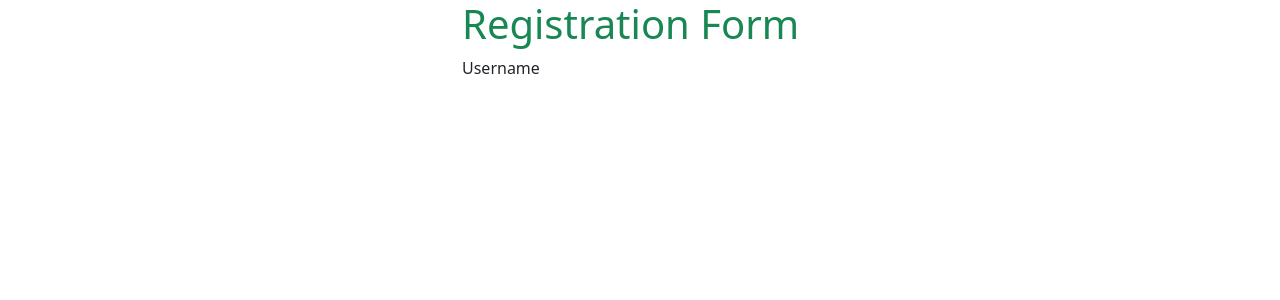
Repository: Laxman877/MyWorkspace
Page: Corejava/Learning_Web/src/main/webapp/boostrapDemo2.html
An editor plug-in stored every save of this project. The page is shown before and after the next save, followed by the edit.
The browser window is 1280 px wide. The pictures show the whole page.

Above is the page before, as saved 2022-04-27 06:12:53.

### Corejava/Learning_Web/src/main/webapp/boostrapDemo2.html
<!DOCTYPE html>
<html lang="en">
<head>
 <!-- Required meta tags -->
 <meta charset="ISO-8859-1">
    <meta name="viewport" content="width=device-width, initial-scale=1">

    <!-- Bootstrap CSS -->
<link href="https://cdn.jsdelivr.net/npm/bootstrap@5.0.2/dist/css/bootstrap.min.css" rel="stylesheet" integrity="sha384-EVSTQN3/azprG1Anm3QDgpJLIm9Nao0Yz1ztcQTwFspd3yD65VohhpuuCOmLASjC" crossorigin="anonymous">
    <script src="https://cdn.jsdelivr.net/npm/bootstrap@5.0.2/dist/js/bootstrap.bundle.min.js" integrity="sha384-MrcW6ZMFYlzcLA8Nl+NtUVF0sA7MsXsP1UyJoMp4YLEuNSfAP+JcXn/tWtIaxVXM" crossorigin="anonymous"></script>
<title>Hello, World</title>
</head>
<body>
<div class="container">
<div class="row">
<div class="col-md-4"></div>
<div class="col-md-4">

<h1 class="text-success">Registration Form</h1>
<form action="">

<div class="form-group">
<label>Username</label></div>
</form>

</div>
</div>
</div>

</body>
</html>

After the next save:
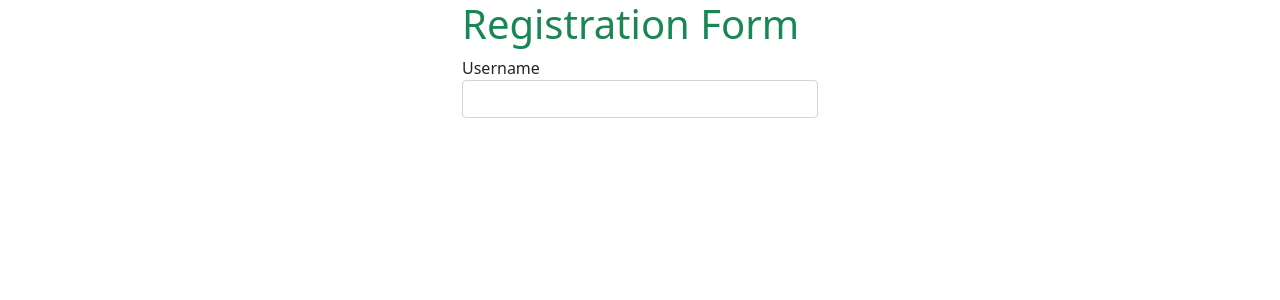
Saved 56 s later.
--- a/Corejava/Learning_Web/src/main/webapp/boostrapDemo2.html
+++ b/Corejava/Learning_Web/src/main/webapp/boostrapDemo2.html
@@ -20,7 +20,9 @@
 <form action="">
 
 <div class="form-group">
-<label>Username</label></div>
+<label>Username</label>
+<input type="text" class="form-control">
+</div>
 </form>
 
 </div>
